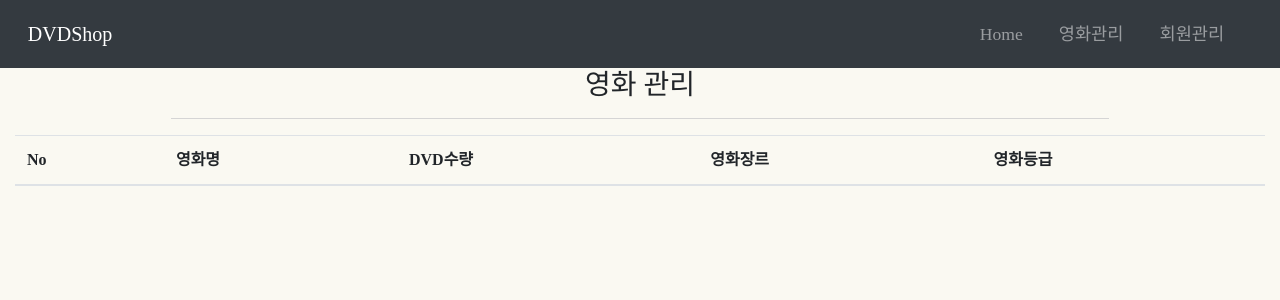
Repository: afterup/dvdshop
Page: http://localhost/shop_project/admin
The author's editor kept a copy of each file at every save. The page is drawn from the files as they stood at one save, then again after the next save.
The browser window is 1280 px wide. The pictures show the whole page.
The page is served by Tomcat 9. Queries for data that is not in the repository find no rows.

Above is the page before, as saved 2019-08-14 06:34:07.

After the next save:
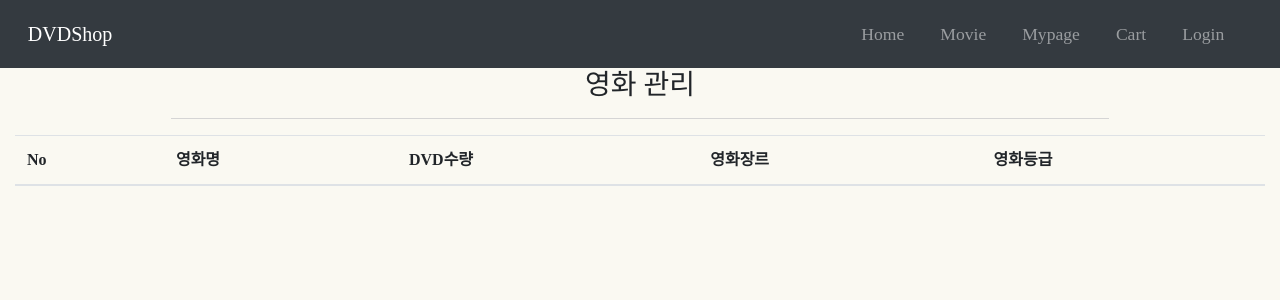
Saved 6 s later.
--- a/shop_project/WebContent/view/manager/admin.jsp
+++ b/shop_project/WebContent/view/manager/admin.jsp
@@ -20,22 +20,7 @@
 <body id="adminPage">
 
 	<!-- Navigation -->
-	<nav class="navbar navbar-expand-md navbar-dark bg-dark sticky-top">
-		<div class="container-fluid">
-			<a href="movie" class="navbar-brand">DVDShop</a>
-			<button class="navbar-toggler" type="button" data-toggle="collapse"
-				data-target="#navbarResponsive">
-				<span class="navbar-toggler-icon"></span>
-			</button>
-			<div class="collapse navbar-collapse" id="navbarResponsive">
-				<ul class="navbar-nav ml-auto">
-					<li class="nav-item"><a class="nav-link" href="movie">Home</a></li>
-					<li class="nav-item"><a class="nav-link" href="admin?action=movie">영화관리</a></li>
-					<li class="nav-item"><a class="nav-link" href="admin?action=user">회원관리</a></li>
-				</ul>
-			</div>
-		</div>
-	</nav>
+	<%@ include file="/view/common/header.jsp" %>
 
 	<div class="container-fluid">
 			<h3 class="text-center">영화 관리</h3>
